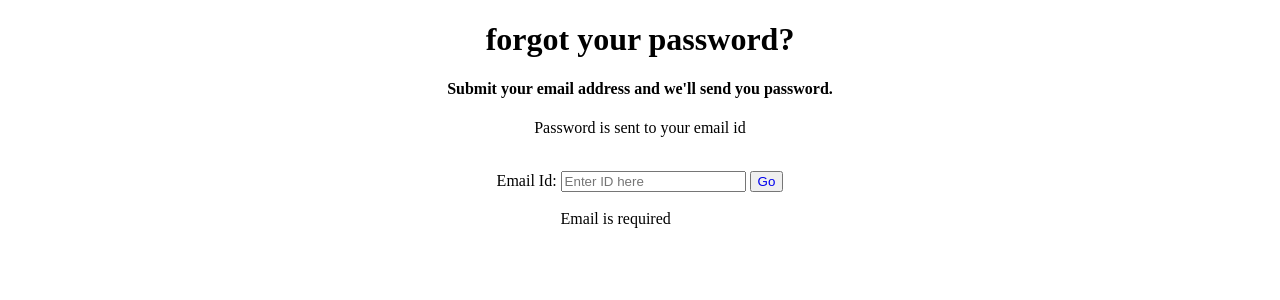
Repository: sachinmandloi1921/AdvanceJava
Page: http://localhost/Advance_Maven/forgot.jsp
An editor plug-in stored every save of this project. The page is shown before and after the next save, followed by the edit.
The browser window is 1280 px wide. The pictures show the whole page.
The page is served by Tomcat 9. Other server files are loaded and not shown.

Above is the page before, as saved 2022-07-13 16:07:18.

### Advance Workspace/Advance_Maven/src/main/webapp/forgot.jsp
<%@ page language="java" contentType="text/html; charset=ISO-8859-1"
	pageEncoding="ISO-8859-1"%>
<!DOCTYPE html>
<html>
<head>
<meta charset="ISO-8859-1">
<title>Insert title here</title>
</head>
<body>
	<center>
		<h1>forgot your password?</h1>
		<h4>Submit your email address and we'll send you password.</h4>
		<p>Password is sent to your email id</p>

		<table>
			<tr>
				<td>
					<p>Email Id:</p>
				</td>
				<td><input type="email" name="email" placeholder="Enter ID here">
				</td>
				<td>
					<button>
						<a href="/loginview.jsp"
							style="float: center; text-decoration: none;">Go
					</button>
				</td>
			</tr>

			<td></td>
			<td>Email is required</td>

		</table>
	</center>
</body>
</html>

After the next save:
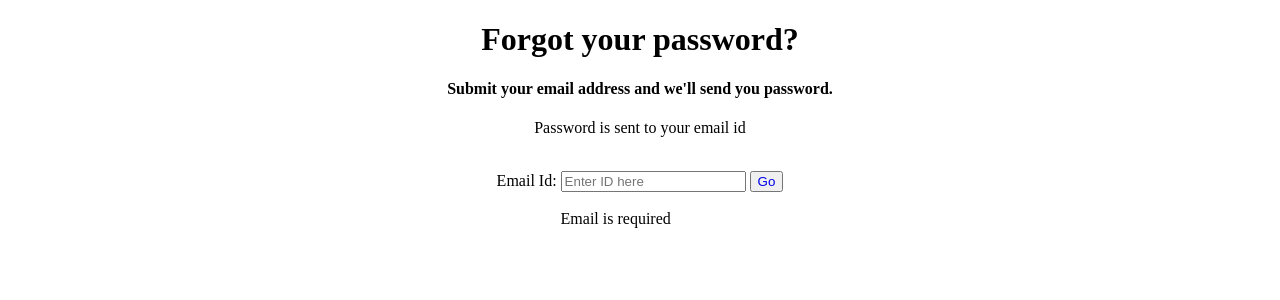
Saved 34 s later.
--- a/Advance Workspace/Advance_Maven/src/main/webapp/forgot.jsp
+++ b/Advance Workspace/Advance_Maven/src/main/webapp/forgot.jsp
@@ -8,7 +8,7 @@
 </head>
 <body>
 	<center>
-		<h1>forgot your password?</h1>
+		<h1>Forgot your password?</h1>
 		<h4>Submit your email address and we'll send you password.</h4>
 		<p>Password is sent to your email id</p>
 
